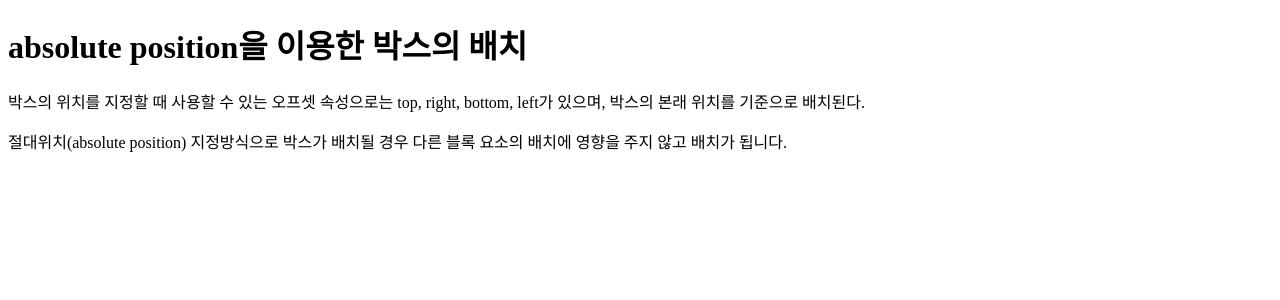
Repository: cussip/SuperHands
Page: WebExam/src/main/webapp/css/box_model/position_absolute.html
These files come from the project's save history. The page is drawn as it stood at one moment and after the next save; the edit follows.
The browser window is 1280 px wide. The pictures show the whole page.

Above is the page before, as saved 2022-02-01 01:01:06.

### WebExam/src/main/webapp/css/box_model/position_absolute.html
<!DOCTYPE html>
<html>
<head>
	<meta charset="UTF-8">
	<title>position_absolute.html</title>
</head>
<body>
	<h1>absolute position을 이용한 박스의 배치</h1>
	<p class="rel">
		박스의 위치를 지정할 때 사용할 수 있는 오프셋 속성으로는
		top, right, bottom, left가 있으며, 박스의 본래 위치를 기준으로 배치된다.
	</p>
	<p>
		절대위치(absolute position) 지정방식으로 박스가 배치될 경우 다른 블록 요소의 배치에
		영향을 주지 않고 배치가 됩니다.
	</p>
</body>
</html>

After the next save:
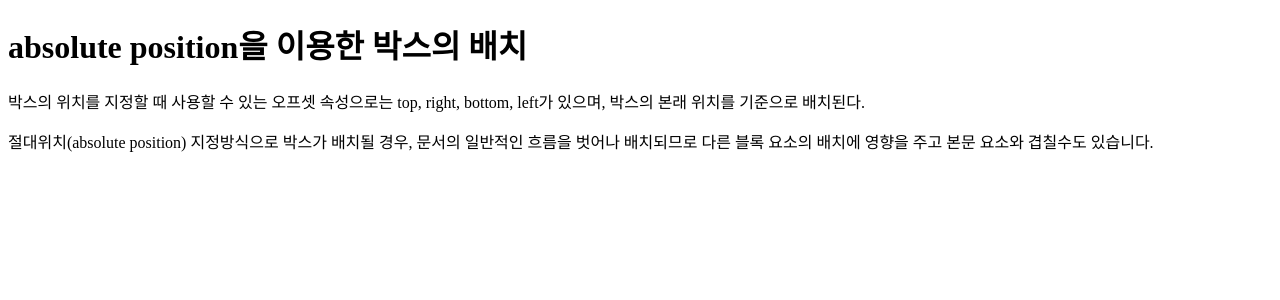
Saved 43 s later.
--- a/WebExam/src/main/webapp/css/box_model/position_absolute.html
+++ b/WebExam/src/main/webapp/css/box_model/position_absolute.html
@@ -3,6 +3,9 @@
 <head>
 	<meta charset="UTF-8">
 	<title>position_absolute.html</title>
+	<style>
+
+	</style>
 </head>
 <body>
 	<h1>absolute position을 이용한 박스의 배치</h1>
@@ -11,8 +14,8 @@
 		top, right, bottom, left가 있으며, 박스의 본래 위치를 기준으로 배치된다.
 	</p>
 	<p>
-		절대위치(absolute position) 지정방식으로 박스가 배치될 경우 다른 블록 요소의 배치에
-		영향을 주지 않고 배치가 됩니다.
+		절대위치(absolute position) 지정방식으로 박스가 배치될 경우, 문서의 일반적인 흐름을
+		벗어나 배치되므로 다른 블록 요소의 배치에 영향을 주고 본문 요소와 겹칠수도 있습니다.
 	</p>
 </body>
 </html>
